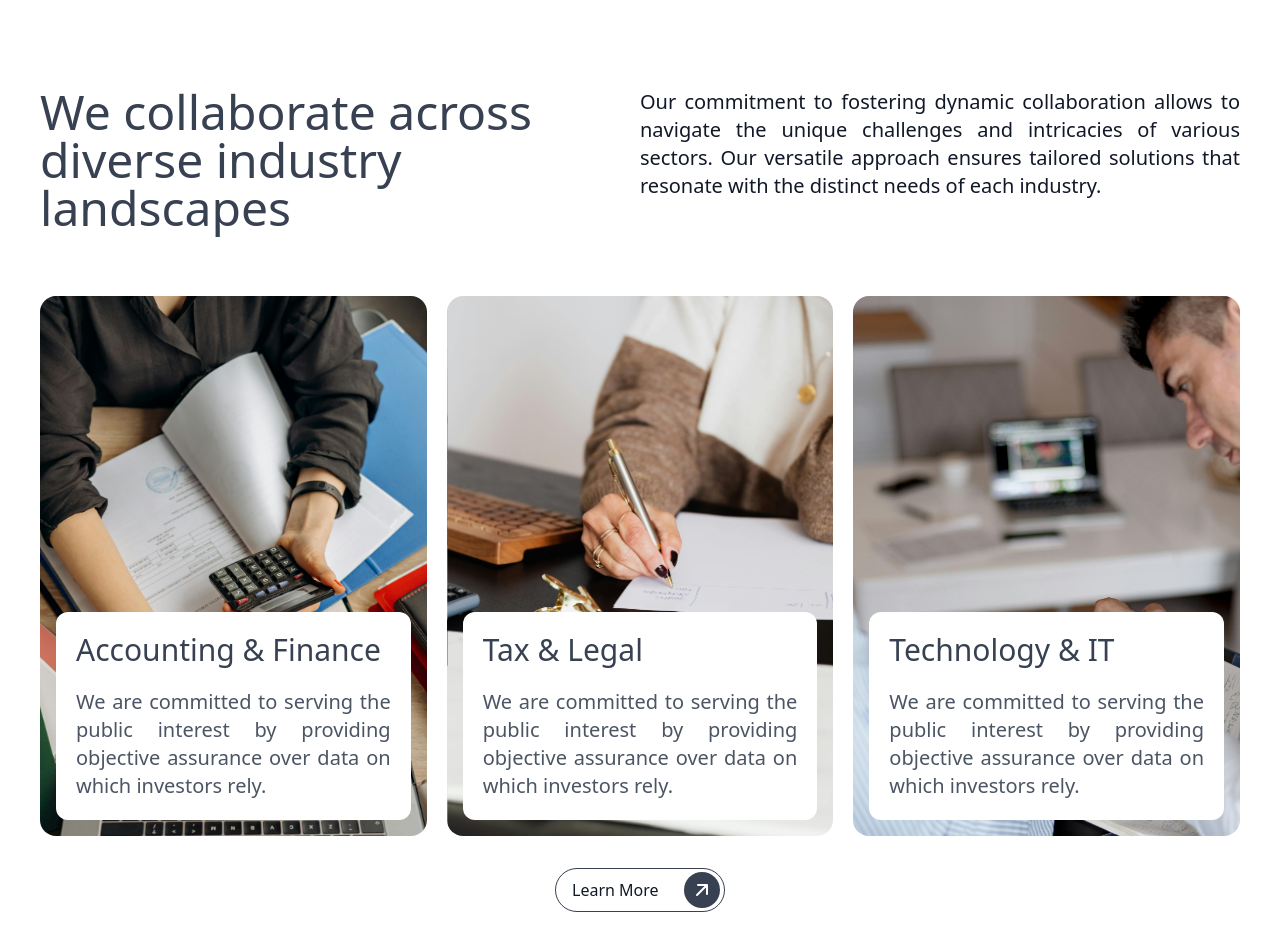
Repository: vespersolutionspk18/integrast-website
Page: /
These files come from the project's save history. The page is drawn as it stood at one moment and after the next save; the edit follows.
The browser window is 1280 px wide. The pictures show the part of the page from y = 850 to 1802 px (the page is 1802 px tall).
The project was rebuilt for these pictures with package versions that can differ from the ones it lists, and the page was loaded fresh each time. The framework's server and built-in components were replaced by stand-ins that run in the browser. Also part of the build but not shown: next.config.ts.

Above is the page before, as saved 2024-12-09 16:25:45.

### app/layout.tsx
import type { Metadata } from "next";
import localFont from "next/font/local";
import "./globals.css";

const geistSans = localFont({
  src: "./fonts/GeistVF.woff",
  variable: "--font-geist-sans",
  weight: "100 900",
});
const geistMono = localFont({
  src: "./fonts/GeistMonoVF.woff",
  variable: "--font-geist-mono",
  weight: "100 900",
});

export const metadata: Metadata = {
  title: "Integra Strategy",
  description: "-",
};

export default function RootLayout({
  children,
}: Readonly<{
  children: React.ReactNode;
}>) {
  return (
    <html lang="en">
      <body
        className={`${geistSans.variable} ${geistMono.variable} antialiased`}
      >
        {children}
      </body>
    </html>
  );
}

### app/page.tsx
import Image from "next/image";
import Header from "./Header";
import Hero from "./Hero";
import Services from "./Services";

export default function Home() {
  return (
    <div>
      <Header />
      <Hero />
      <Services />
    </div>
  );
}

### app/Hero.tsx
import React from 'react'
import ButtonArrowwhite from "@/public/assets/buttonarrowwhite.svg";
import ButtonArrow from "@/public/assets/buttonarrow.svg";
const Hero = () => {
  return (
    <div className="flex flex-col p-10 ">
        <div className="flex flex-row mt-24 h-[190px] gap-5 ">
            <div className="w-[55%] flex flex-col">
                <h1 className="font-light font-sans text-6xl text-gray-600">Unlock Prosperity, <span className="text-gray-800">Choose Expert Guidance</span></h1>
                <h4 className="text-xl font-sans font-light text-gray-900 mt-6">Embark on a transformative journey to financial prosperity with our personalized accountancy services</h4>
            </div>
            <div className="w-[45%] flex flex-col justify-between ">
                <h4 className="text-xl text-justify font-light font-sans text-gray-900">Unlock tailored strategies, benefit from insightful guidances, and follow a clear pathway to achieve your financial success. Elevate your financial journey with our dedicated support and expertise. Contact us today to start your journey towards financial freedom.</h4>
                <div className="flex flex-row gap-5 pt-10">
                <div>
                <div id="button"
  className="group  bg-white h-[44px] flex-row border-[1px] border-gray-700 text-gray-900 text-[16px] py-1 px-1 font-light rounded-full hidden md:flex items-center justify-between w-[170px] transition-width duration-500 ease-in-out  hover:w-[195px] hover:bg-gray-700 hover:border-gray-700 hover:text-white hover:cursor-pointer "

>
  <div className="mx-3 font-sans font-regular">Get In Touch</div>
  <div className="bg-gray-700 rounded-full h-[36px] w-[36px] flex items-center justify-center transition-transform duration-500 ease-in-out group-hover:rotate-45">
    <ButtonArrowwhite className="h-[24px] w-[24px]" />
  </div>
            </div>
                </div>
                <div>
                <div id="button"
  className="group  bg-gray-700 h-[44px] flex-row border-[1px] border-gray-700 text-white text-[16px] py-1 px-1 font-light rounded-full hidden md:flex items-center justify-between w-[170px] transition-width duration-500 ease-in-out  hover:w-[195px] hover:bg-white hover:border-gray-700 hover:text-gray-700 hover:cursor-pointer "

>
  <div className="mx-3 font-sans font-regular">Get a Quote</div>
  <div className="bg-white rounded-full h-[36px] w-[36px] flex items-center justify-center transition-transform duration-500 ease-in-out group-hover:rotate-45 group-hover:border-[1px] group-hover:border-gray-700">
    <ButtonArrow className="h-[24px] w-[24px]" />
  </div>
            </div>
                </div>

                </div>
            </div>
        </div>


        <div className="flex flex-row h-[380px] gap-4 mt-16">
            <div className="w-[70%] transition-all duration-500 ease-in-out hover:w-[80%] rounded-2xl bg-cover bg-center" style={{backgroundImage: `url('/assets/heroimage3.jpg')`}}></div>
            <div className="w-[30%] transition-all duration-500 ease-in-out hover:w-[40%] flex flex-col justify-between ">
                <div className="w-full h-full rounded-2xl bg-cover bg-center" style={{backgroundImage: `url('/assets/heroimage4.jpg')`}}></div>
                <h5 className="font-sans text-gray-900 text-justify text-xl mt-3  font-light">Tailored solutions, expert guidance, and strategic planning to secure your wealth and achieve your financial goals seamlessly</h5>
            </div>
        </div>
    </div>
  )
}

export default Hero

### app/Services.tsx
import React from 'react'
import ButtonArrowwhite from "@/public/assets/buttonarrowwhite.svg";
import ButtonArrow from "@/public/assets/buttonarrow.svg";
const Services = () => {
  return (
    <div className="flex flex-col p-10 mt-16 items-center ">
        <div className="flex flex-row items-start justify-start ">
            <div className="w-1/2 font-sans font-light text-5xl text-gray-700">We collaborate across diverse industry landscapes</div>
            <div className="w-1/2 font-sans text-gray-900 text-justify text-xl  font-light">Our commitment to fostering dynamic collaboration allows to navigate the unique challenges and intricacies of various sectors. Our versatile approach ensures tailored solutions that resonate with the distinct needs of each industry.</div>
        </div>
        <div className="flex flex-row gap-5 mt-16">
            <div className="rounded-2xl w-1/3 h-[540px] bg-cover bg-center flex items-end  " style={{backgroundImage: `url('/assets/audit.jpg')`}}>
            <div className="bg-white m-4 w-full rounded-[12px] flex flex-col relative transition-all duration-500 ease-in-out hover:pb-[120px] min-h-[180px]">
  <h5 className="ml-5 mt-5 mr-5 mb-5 font-sans text-3xl text-gray-700 font-light">
    Accounting & Finance
  </h5>
  <p className="ml-5 mr-5 mb-5 text-justify font-sans font-light text-xl text-gray-600">
    We are committed to serving the public interest by providing objective assurance over data on which investors rely.
  </p>
  {/* Hidden button */}
  <div className="absolute bottom-5 left-5 bg-blue-500 text-black px-4 py-2 rounded-md  invisible transition-opacity duration-500 hover:bg-blue-600 group-hover:opacity-100 group-hover:visible">
    Learn More
  </div>
</div>

</div>
            <div className="rounded-2xl w-1/3 h-[540px] bg-cover bg-center flex items-end" style={{backgroundImage: `url('/assets/tax.jpg')`}}>
            <div className="bg-white m-4 w-full rounded-[12px] flex flex-col transition-all duration-500 ease-in-out hover:pb-[120px] min-h-[180px]">
  <h5 className="ml-5 mt-5 mr-5 mb-5 font-sans text-3xl text-gray-700 font-light">
    Tax & Legal
  </h5>
  <p className="ml-5 mr-5 mb-5 text-justify font-sans font-light text-xl text-gray-600">
    We are committed to serving the public interest by providing objective assurance over data on which investors rely.
  </p>
</div>
</div>
            <div className="rounded-2xl w-1/3 h-[540px] bg-cover bg-center flex items-end" style={{backgroundImage: `url('/assets/tech.jpg')`}}>
            <div className="bg-white m-4 w-full rounded-[12px] flex flex-col transition-all duration-500 ease-in-out hover:pb-[120px] min-h-[180px]">
  <h5 className="ml-5 mt-5 mr-5 mb-5 font-sans text-3xl text-gray-700 font-light">
    Technology & IT
  </h5>
  <p className="ml-5 mr-5 mb-5 text-justify font-sans font-light text-xl text-gray-600">
    We are committed to serving the public interest by providing objective assurance over data on which investors rely.
  </p>
</div>
</div>
        </div>
        <div className="mt-8">
                <div id="button"
  className="group  bg-white h-[44px] flex-row border-[1px] border-gray-700 text-gray-900 text-[16px] py-1 px-1 font-light rounded-full hidden md:flex items-center justify-between w-[170px] transition-width duration-500 ease-in-out hover:cursor-pointer  hover:w-[195px] hover:bg-gray-700 hover:border-gray-700 hover:text-white "

>
  <div className="mx-3 font-sans font-regular">Learn More</div>
  <div className="bg-gray-700 rounded-full h-[36px] w-[36px] flex items-center justify-center transition-transform duration-500 ease-in-out group-hover:rotate-45">
    <ButtonArrowwhite className="h-[24px] w-[24px]" />
  </div>
            </div>
                </div>
    </div>
  )
}

export default Services

Loaded but not shown: app/globals.css (common file); app/Header.tsx (common file); tailwind.config.ts (common file)

After the next save:
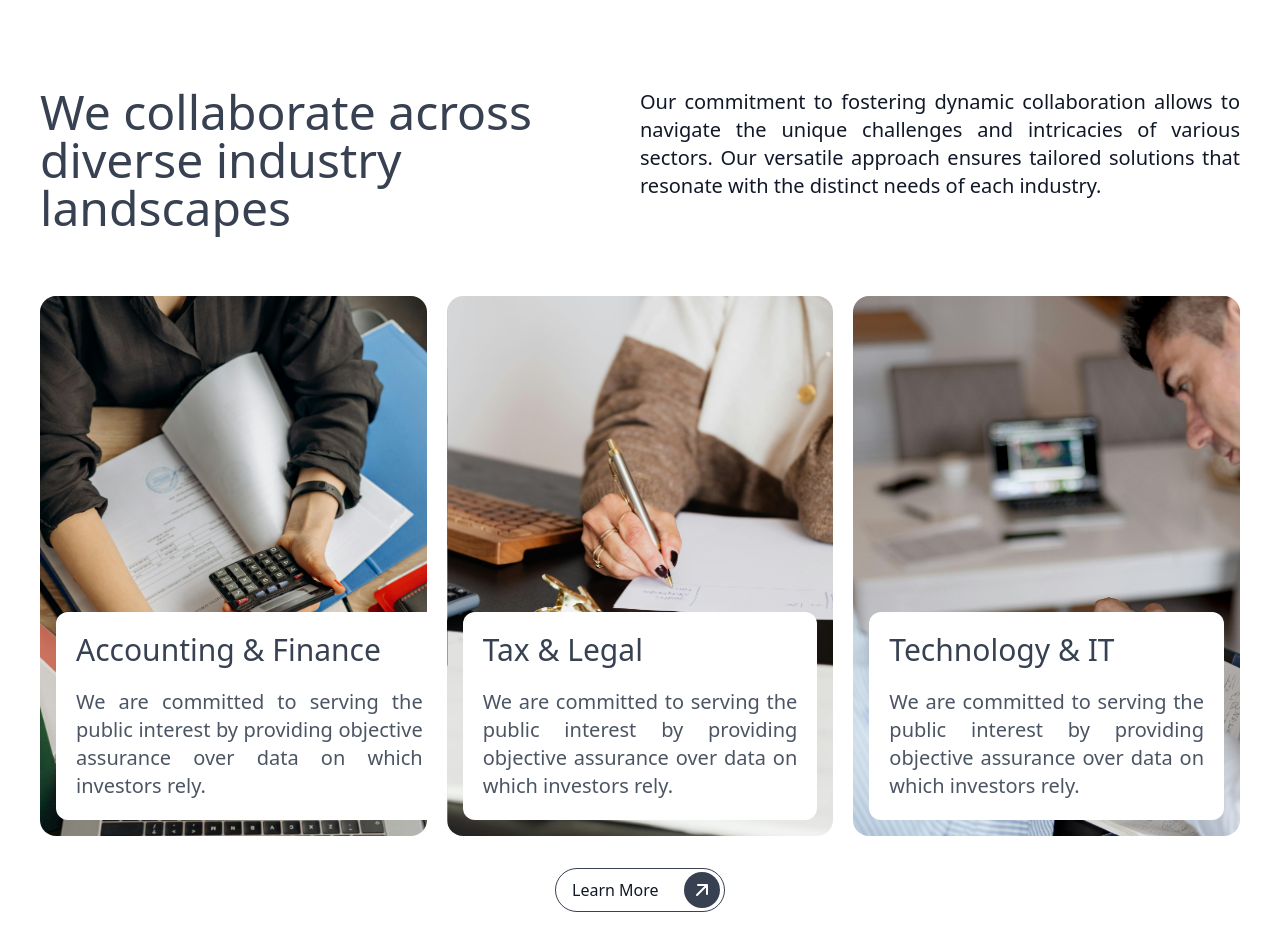
Saved 54 s later.
--- a/app/Services.tsx
+++ b/app/Services.tsx
@@ -10,16 +10,18 @@ const Services = () => {
         </div>
         <div className="flex flex-row gap-5 mt-16">
             <div className="rounded-2xl w-1/3 h-[540px] bg-cover bg-center flex items-end  " style={{backgroundImage: `url('/assets/audit.jpg')`}}>
-            <div className="bg-white m-4 w-full rounded-[12px] flex flex-col relative transition-all duration-500 ease-in-out hover:pb-[120px] min-h-[180px]">
-  <h5 className="ml-5 mt-5 mr-5 mb-5 font-sans text-3xl text-gray-700 font-light">
-    Accounting & Finance
-  </h5>
-  <p className="ml-5 mr-5 mb-5 text-justify font-sans font-light text-xl text-gray-600">
-    We are committed to serving the public interest by providing objective assurance over data on which investors rely.
-  </p>
-  {/* Hidden button */}
-  <div className="absolute bottom-5 left-5 bg-blue-500 text-black px-4 py-2 rounded-md  invisible transition-opacity duration-500 hover:bg-blue-600 group-hover:opacity-100 group-hover:visible">
-    Learn More
+            <div className="group">
+  <div className="bg-white m-4 w-full rounded-[12px] flex flex-col relative transition-all duration-500 ease-in-out hover:pb-[120px] min-h-[180px]">
+    <h5 className="ml-5 mt-5 mr-5 mb-5 font-sans text-3xl text-gray-700 font-light">
+      Accounting & Finance
+    </h5>
+    <p className="ml-5 mr-5 mb-5 text-justify font-sans font-light text-xl text-gray-600">
+      We are committed to serving the public interest by providing objective assurance over data on which investors rely.
+    </p>
+    {/* Hidden div */}
+    <div className="absolute bottom-5 left-5 bg-blue-500 text-white px-4 py-2 rounded-md opacity-0 invisible transition-all duration-500 group-hover:opacity-100 group-hover:visible">
+      Learn More
+    </div>
   </div>
 </div>
 
